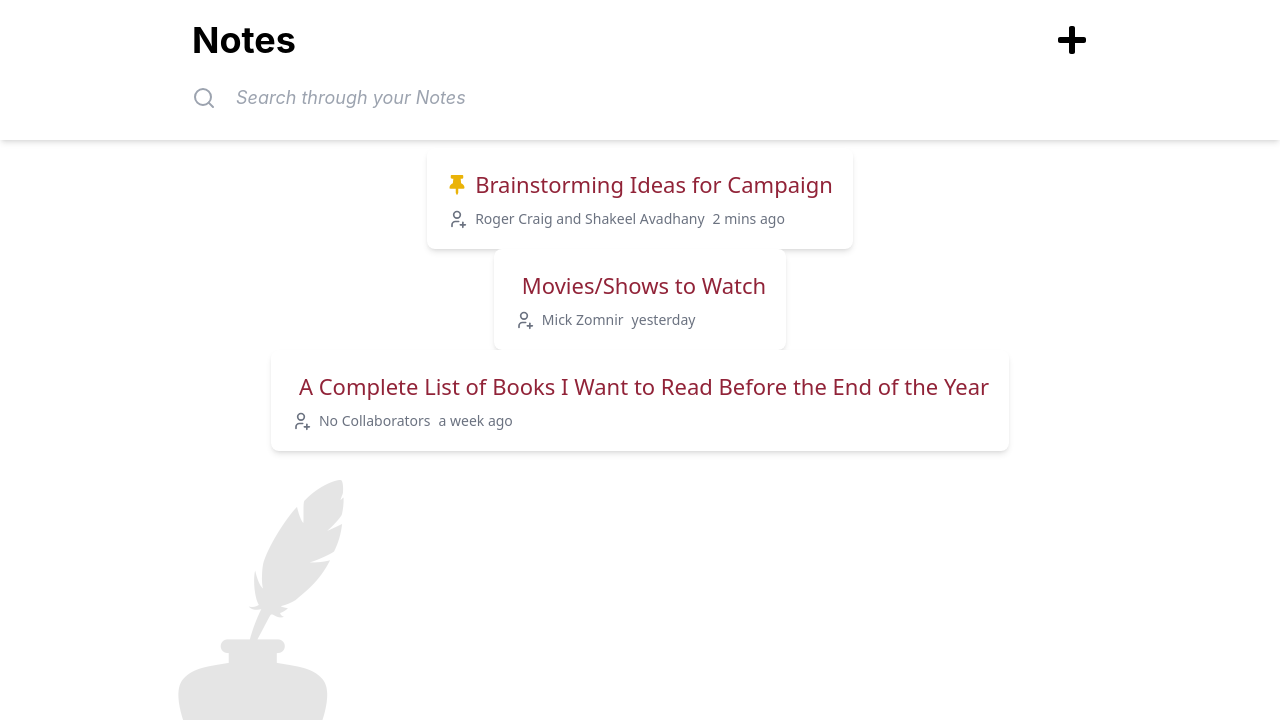
Repository: shabiasaeed/Notes-app
Page: /
The author's editor kept a copy of each file at every save. The page is drawn from the files as they stood at one save, then again after the next save.
The browser window is 1280 px wide. The pictures show the whole page.
The project was rebuilt for these pictures with package versions that can differ from the ones it lists, and the page was loaded fresh each time. Also part of the build but not shown: src/components/Header.css, src/components/Note.css, src/App.css.

Above is the page before, as saved 2025-01-01 18:32:38.

### src/App.js
import React, { useState } from 'react';
import Header from './components/Header';
import Note from './components/Note';
import './App.css';
import backgroundInk from './assets/ink-background-element.png';

//Component to handle the rendering of the header and note compnents
function App() {
  // Displaying few static notes
  const [notes, notesList] = useState([
    {
      title: "Brainstorming Ideas for Campaign",
      author: "Roger Craig and Shakeel Avadhany",
      time: "2 mins ago",
      pinned: true
    },
    {
      title: "Movies/Shows to Watch",
      author: "Mick Zomnir",
      time: "yesterday",
      pinned: false
    },
    {
      title: "A Complete List of Books I Want to Read Before the End of the Year",
      author: "No Collaborators",
      time: "a week ago",
      pinned: false
    }
  ]);

  function handleDelete(title){
    notesList(notes.filter( note => note.title !== title))
  }

  function handlePinToggle(title){
    notesList(prevNotes => prevNotes.map(note => note.title === title ? { ...note, pinned: !note.pinned } : note));
  };

  // Search state
  const [searchNotes, setSearchNotes] = useState('');

  // Filter notes based on search
  const filteredNotes = notes.filter(note => note.title.toLowerCase().includes(searchNotes.toLowerCase()));

  // Pinned notes to appear at the top
  const sortedNotes = filteredNotes.sort((a, b) => b.pinned - a.pinned);

  return (
    <div className="App">
      <Header setSearchNotes={setSearchNotes}/>
      <main className="p-2 relative flex flex-col items-center font-sans">
        <img src={backgroundInk} alt="Ink Element" className="fixed top-2/3 right-2/3 transform -translate-x-1/2 z-[-1] w-26"/>
        {sortedNotes.map((note, index) => (
          <Note key={index} title={note.title} author={note.author} time={note.time} pinned={note.pinned} onDelete={handleDelete} onPinToggle={handlePinToggle}/>
        ))}
      </main>
    </div>
  );
}

export default App;

### src/components/Header.js
import React from 'react';
import './Header.css';
import addButton from '../assets/add-button.png';
import { FiSearch } from 'react-icons/fi';
import { FaPlus } from 'react-icons/fa';


// Component to handle the display of the application's header section
const Header = ({ setSearchNotes }) => {
  return (
    <header className="p-5 bg-white flex flex-col items-center shadow-md">
      <div className="flex items-center justify-between w-full max-w-4xl">
        <h1 className="text-4xl font-bold text-black">Notes</h1>
        <FaPlus className="w-8 h-8 cursor-pointer"/>
      </div>
      <div className="flex items-center w-full max-w-4xl mt-4">
        <FiSearch className="w-6 h-6 text-gray-400 mr-3" />
        <input type="text" placeholder="Search through your Notes" className="flex-grow border-none outline-none p-2 text-lg italic placeholder-gray-400" onChange={(e) => setSearchNotes(e.target.value)}/>
      </div>
    </header>
  );
};

export default Header;

### src/components/Note.js
import React, { useState } from 'react';
import './Note.css';
import userIcon from '../assets/user-icon.png';
import { FiTrash } from 'react-icons/fi';
import { FaThumbtack } from 'react-icons/fa';
import { TbPinned } from 'react-icons/tb';
import { TbUserPlus } from 'react-icons/tb';

//Component to handle the display of the note's section
const Note = ({ title, author, time, pinned, onDelete, onPinToggle }) => {
  const [isHovered, setIsHovered] = useState(false); //State for checking whether the note is hovered


  return (
    <div className="p-5 rounded-lg bg-white shadow-md hover:shadow-lg flex flex-col gap-2 cursor-pointer" onMouseEnter={() => setIsHovered(true)} onMouseLeave={() => setIsHovered(false)}>
      <div className={`flex justify-between items-center ${pinned ? 'text-yellow-500' : 'text-gray-800'}`}>
      {pinned ? (<FaThumbtack className="w-5 h-5 cursor-pointer" onClick={() => onPinToggle(title)}/>) : (isHovered && (<TbPinned className="w-5 h-5 cursor-pointer" onClick={() => onPinToggle(title)}/>))}
        <h2  className="ml-2 text-[22px] text-[#912338]">{title}</h2>
        {isHovered && (<FiTrash className="w-5 h-5 text-red-500 cursor-pointer" onClick={() => onDelete(title)}/>)}
      </div>
      <div className="flex items-center gap-2 text-sm text-gray-500">
        <TbUserPlus className="w-5 h-5 cursor-pointer" />
        <p>{author}</p>
        <span>{time}</span>
      </div>
    </div>
  );
};

export default Note;

Loaded but not shown: public/index.html (common file); src/index.js (common file); src/index.css (common file); src/reportWebVitals.js (common file); tailwind.config.js (common file)

After the next save:
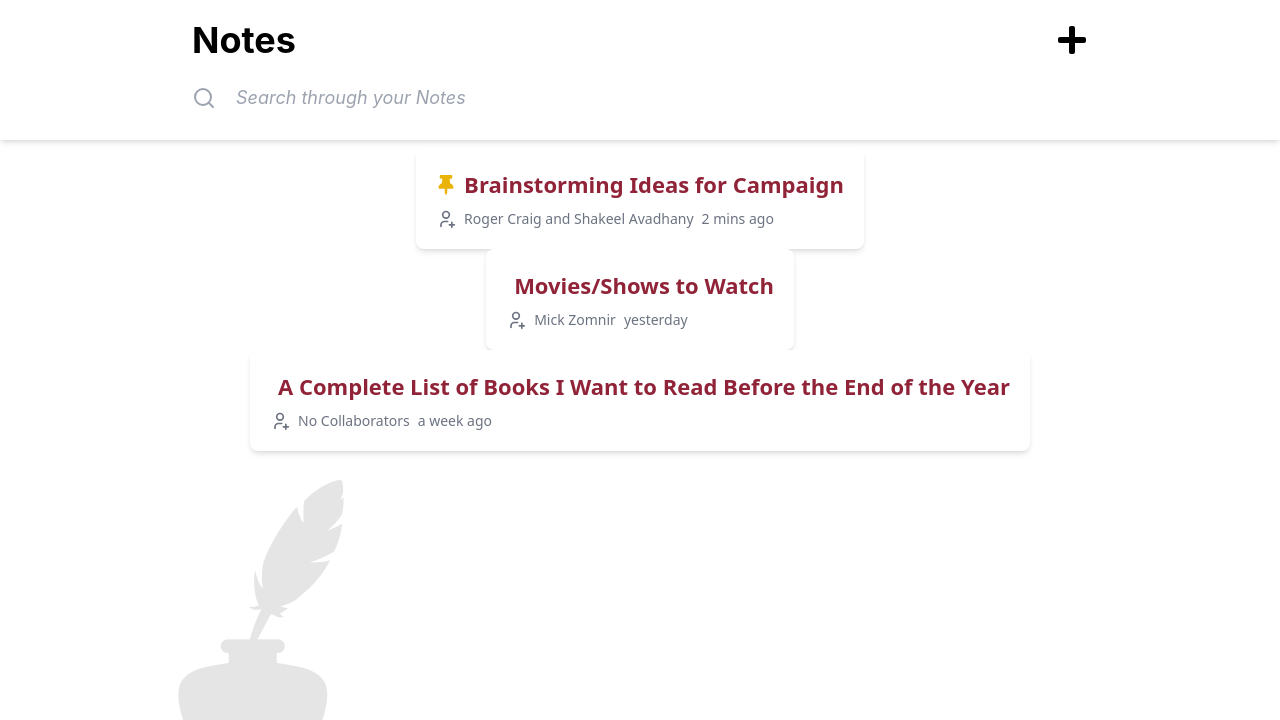
Saved 36 s later.
--- a/src/components/Note.js
+++ b/src/components/Note.js
@@ -15,7 +15,7 @@ const Note = ({ title, author, time, pinned, onDelete, onPinToggle }) => {
     <div className="p-5 rounded-lg bg-white shadow-md hover:shadow-lg flex flex-col gap-2 cursor-pointer" onMouseEnter={() => setIsHovered(true)} onMouseLeave={() => setIsHovered(false)}>
       <div className={`flex justify-between items-center ${pinned ? 'text-yellow-500' : 'text-gray-800'}`}>
       {pinned ? (<FaThumbtack className="w-5 h-5 cursor-pointer" onClick={() => onPinToggle(title)}/>) : (isHovered && (<TbPinned className="w-5 h-5 cursor-pointer" onClick={() => onPinToggle(title)}/>))}
-        <h2  className="ml-2 text-[22px] text-[#912338]">{title}</h2>
+        <h2 className="ml-2 font-bold text-[22px] text-[#912338]">{title}</h2>
         {isHovered && (<FiTrash className="w-5 h-5 text-red-500 cursor-pointer" onClick={() => onDelete(title)}/>)}
       </div>
       <div className="flex items-center gap-2 text-sm text-gray-500">
